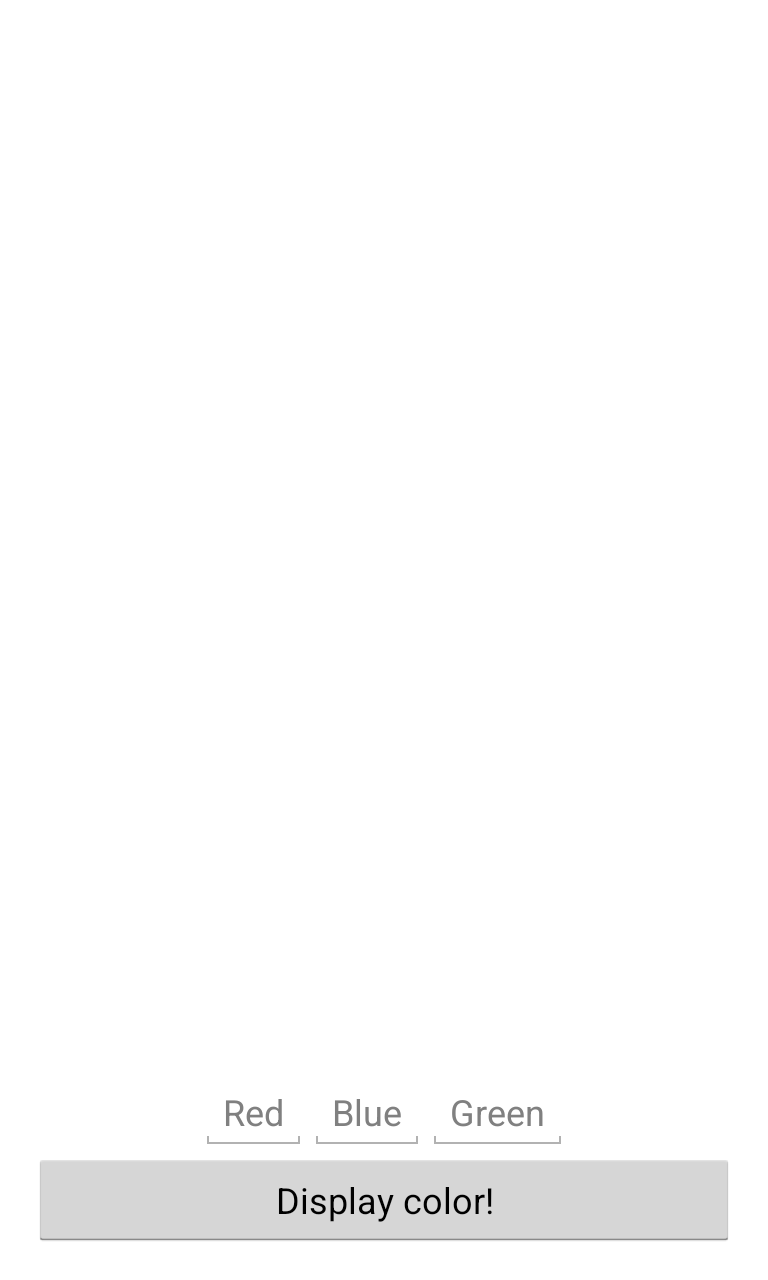
Repository: me222rs/AndroidLab1
Layout: ColorDisplay/res/layout/activity_color_display.xml
An editor plug-in stored every save of this project. The layout is shown before and after the next save, followed by the edit.
It is drawn on a 768 x 1280 px phone screen (xhdpi) without system bars, with theme AppTheme; the app's code is not run.

Above is the layout before, as saved 2014-11-18 14:32:08.

### ColorDisplay/res/layout/activity_color_display.xml
<LinearLayout xmlns:android="http://schemas.android.com/apk/res/android"
    android:orientation="vertical"
    xmlns:tools="http://schemas.android.com/tools"
    android:layout_width="match_parent"
    android:layout_height="match_parent"
    android:paddingBottom="@dimen/activity_vertical_margin"
    android:paddingLeft="@dimen/activity_horizontal_margin"
    android:paddingRight="@dimen/activity_horizontal_margin"
    android:paddingTop="@dimen/activity_vertical_margin"
    tools:context="com.example.colordisplay.ColorDisplay" >



        <TextView
        android:id="@+id/background"
        android:layout_weight="1"
        android:layout_width="match_parent"
        android:layout_height="0dp"
        android:gravity="center"
        />

    	<LinearLayout
            android:gravity="center_horizontal"
			android:orientation="horizontal"
			android:layout_width="match_parent"
			android:layout_height="wrap_content" >

        <EditText android:id="@+id/red"
        android:inputType="number"
		android:layout_width="wrap_content"
		android:layout_height="wrap_content"
		android:hint="Red"
		/>



        <EditText android:id="@+id/blue"
        android:inputType="number"
		android:layout_width = "wrap_content"
		android:layout_height="wrap_content"
		android:hint="Blue"/>

        <EditText android:id="@+id/green"
        android:inputType="number"
		android:layout_width = "wrap_content"
		android:layout_height="wrap_content"
		android:hint="Green"/>
</LinearLayout>

        <Button android:id="@+id/displayColor"
    	android:layout_width="match_parent"
    	android:layout_height="wrap_content"
        android:layout_gravity="center"
       	android:text="@string/displayColor" />


</LinearLayout>

### ColorDisplay/res/values/strings.xml
<?xml version="1.0" encoding="utf-8"?>
<resources>

    <string name="app_name">ColorDisplay</string>
    <string name="hello_world">Hello world!</string>
    <string name="action_settings">Settings</string>
    <string name="displayColor">Display color!</string>

</resources>

Loaded but not shown: ColorDisplay/res/values/styles.xml (common file); ColorDisplay/res/values-v11/styles.xml (common file); ColorDisplay/res/values-v14/styles.xml (common file); ColorDisplay/res/values/dimens.xml (common file); ColorDisplay/res/values-w820dp/dimens.xml (common file)

After the next save:
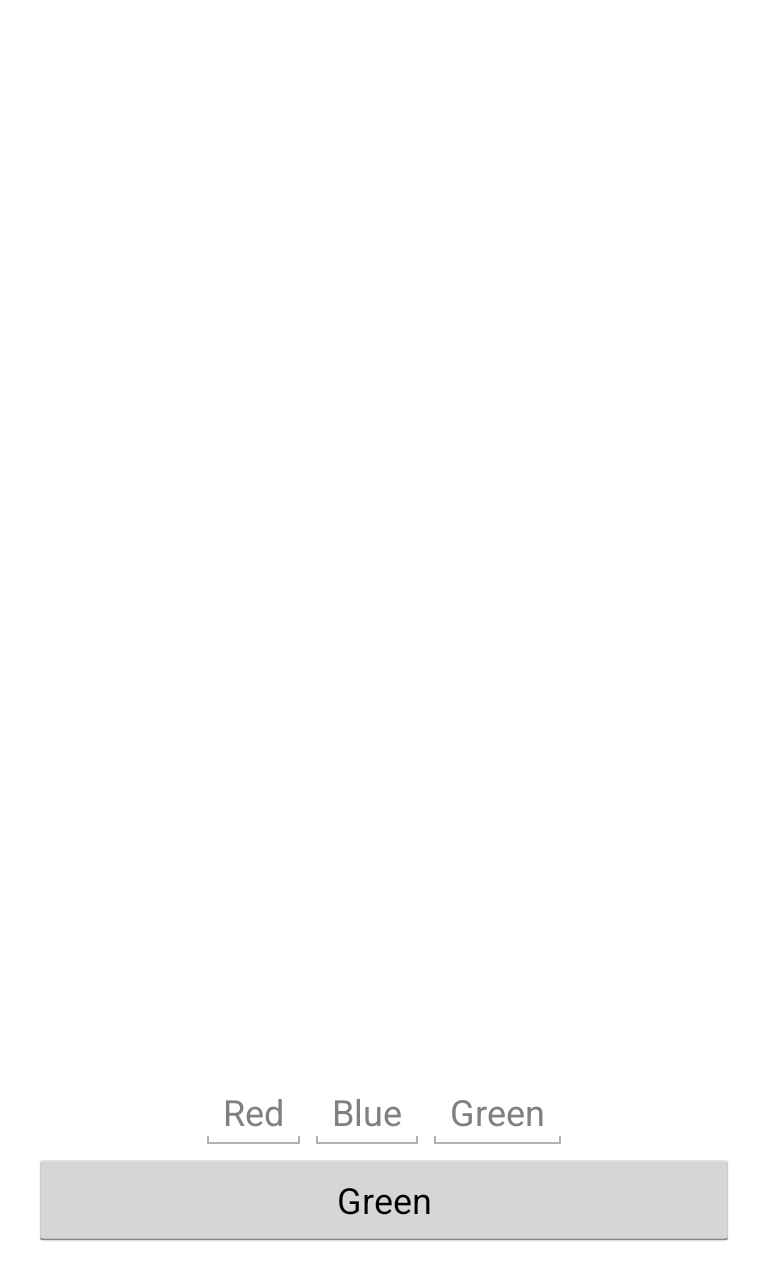
Saved 3 min 43 s later.
--- a/ColorDisplay/res/values/strings.xml
+++ b/ColorDisplay/res/values/strings.xml
@@ -5,5 +5,8 @@
     <string name="hello_world">Hello world!</string>
     <string name="action_settings">Settings</string>
     <string name="displayColor">Display color!</string>
+    <string name="displayColor">Red</string>
+    <string name="displayColor">Blue</string>
+    <string name="displayColor">Green</string>
 
 </resources>

After the save that followed:
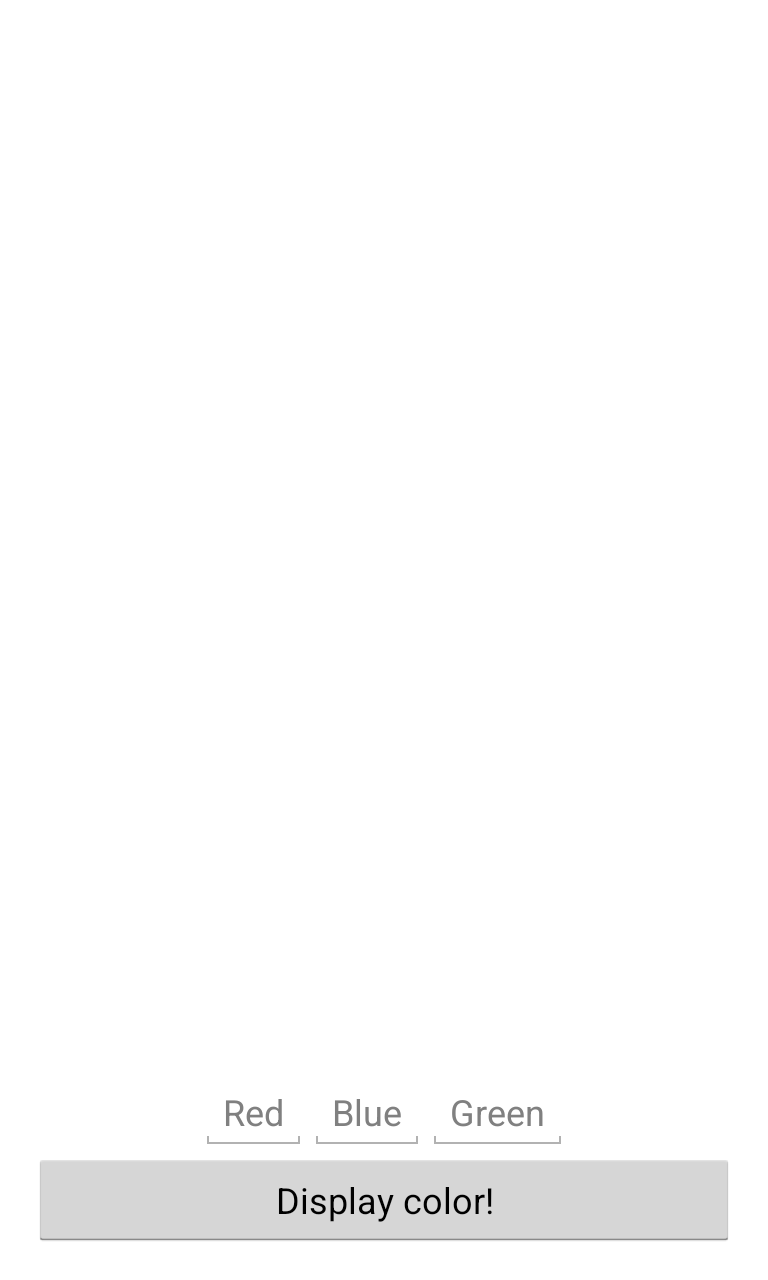
Saved 36 s later.
--- a/ColorDisplay/res/values/strings.xml
+++ b/ColorDisplay/res/values/strings.xml
@@ -5,8 +5,8 @@
     <string name="hello_world">Hello world!</string>
     <string name="action_settings">Settings</string>
     <string name="displayColor">Display color!</string>
-    <string name="displayColor">Red</string>
-    <string name="displayColor">Blue</string>
-    <string name="displayColor">Green</string>
+    <string name="red">Red</string>
+    <string name="blue">Blue</string>
+    <string name="green">Green</string>
 
 </resources>
